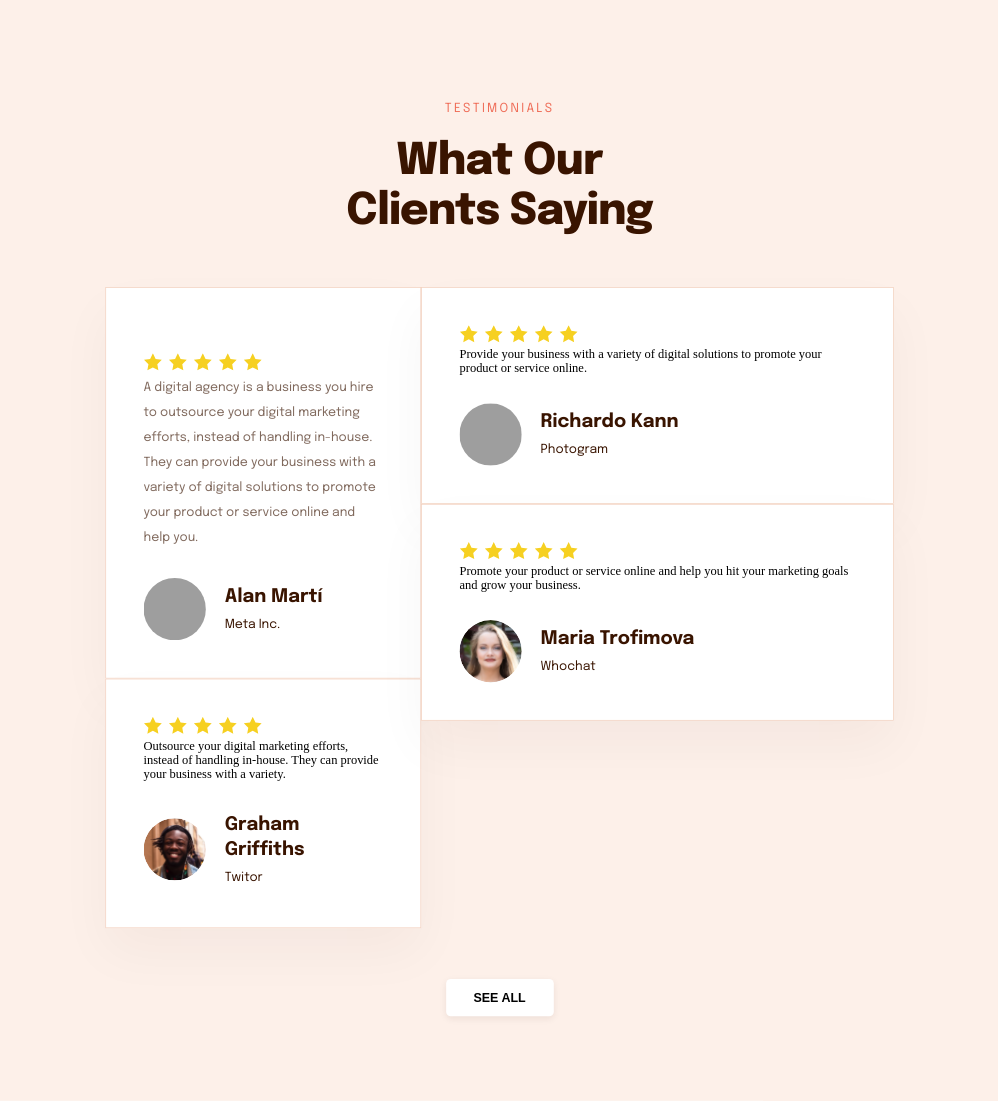
Repository: NatiqSamiyev/image-task
Page: aboutPage/index.html
An editor plug-in stored every save of this project. The page is shown before and after the next save, followed by the edit.
The browser window is 1280 px wide. The pictures show the whole page, at 78% of full size.
Pictures or frames that could not be fetched are drawn as grey boxes.

Above is the page before, as saved 2023-08-28 15:27:02.

### aboutPage/index.html
<!DOCTYPE html>
<html lang="en">
  <head>
    <meta charset="UTF-8" />
    <meta name="viewport" content="width=device-width, initial-scale=1.0" />
    <title>Document</title>
    <link rel="stylesheet" href="./index.css" />
  </head>
  <body>
    <div class="about-page-container">
      <div class="text-box">
        <h1>Testimonials</h1>

        <h2>What Our Clients Saying</h2>
      </div>

      <div class="image-box">
        <div class="left">
          <div class="box">
            <div class="top-box">
              <img src="../image/star (1).svg" alt="" />
              <p>
                A digital agency is a business you hire to outsource your
                digital marketing efforts, instead of handling in-house. They
                can provide your business with a variety of digital solutions to
                promote your product or service online and help you.
              </p>
            </div>
            <div class="bottom-box">
              <img src="../image/Oval.svg" alt="" />
              <div class="user-info">
                <h3>Alan Martí</h3>
                <p>Meta Inc.</p>
              </div>
            </div>
          </div>

          <div class="box">
            <div>
              <img src="../image/star (1).svg" alt="" />
              <p>
                Outsource your digital marketing efforts, instead of handling
                in-house. They can provide your business with a variety.
              </p>
            </div>
            <div class="bottom-box">
              <img src="../image/Oval (1).svg" alt="" />
              <div class="user-info">
                <h3>Graham Griffiths</h3>
                <p>Twitor</p>
              </div>
            </div>
          </div>
        </div>

        <div class="right">
          <div class="box">
            <div>
              <img src="../image/star (1).svg" alt="" />
              <p>
                Provide your business with a variety of digital solutions to
                promote your product or service online.
              </p>
            </div>
            <div class="bottom-box">
              <img src="../image/Oval.svg" alt="" />
              <div class="user-info">
                <h3>Richardo Kann</h3>
                <p>Photogram</p>
              </div>
            </div>
          </div>

          <div class="box">
            <div>
              <img src="../image/star (1).svg" alt="" />
              <p>
                Promote your product or service online and help you hit your
                marketing goals and grow your business.
              </p>
            </div>
            <div class="bottom-box">
              <img src="../image/Oval (3).svg" alt="" />
              <div class="user-info">
                <h3>Maria Trofimova</h3>
                <p>Whochat</p>
              </div>
            </div>
          </div>
        </div>
      </div>

      <div class="bottom">
        <button>SEE ALL</button>
      </div>
    </div>
  </body>
</html>

### aboutPage/index.css
@import url("https://fonts.googleapis.com/css2?family=Epilogue:wght@400;700;800&family=Roboto+Slab:wght@700&family=Roboto:wght@400;700&display=swap");
* {
  margin: 0;
  padding: 0;
  box-sizing: border-box;
}

.about-page-container {
  width: 100%;
  padding: 124px 134px 108px 135px;
  background-color: #fdf0e9;
  min-height: 100vh;
}

.about-page-container .text-box h1 {
  margin-bottom: 20px;
  color: var(--text-dark-accent, #ef6d58);
  text-align: center;
  font-feature-settings: "clig" off, "liga" off;
  font-family: Epilogue;
  font-size: 16px;
  font-style: normal;
  font-weight: 400;
  line-height: 32px;
  letter-spacing: 3px;
  text-transform: uppercase;
}

.about-page-container .text-box h2 {
  width: 394px;
  margin: auto;
  color: var(--text-dark, #391400);
  text-align: center;
  font-feature-settings: "clig" off, "liga" off;
  font-family: Epilogue;
  font-size: 56px;
  font-style: normal;
  font-weight: 800;
  line-height: 64px;
  letter-spacing: -1px;
}

.about-page-container .image-box {
  display: flex;
  margin-top: 64px;
}

.about-page-container .image-box .left {
  width: 50%;
}

.about-page-container .bottom {
  margin-top: 65px;
  text-align: center;
}

.about-page-container .bottom button {
  width: 138px;
  height: 48px;
  border-radius: 6px;
  background: #fff;
  box-shadow: 0px 3px 9px 0px rgba(57, 20, 0, 0.08);
  border: 0px solid #f3d1bf;
  font-size: 16px;
  font-weight: 800;
  line-height: 32px;
}

.image-box .box {
  padding: 48px;
  border: 1px solid #f3d1bf;
  background: #fff;
  box-shadow: 0px 32px 64px 0px rgba(57, 20, 0, 0.04);
}
.image-box .box .top-box{
  margin-top: 36px;
}
.image-box .box .top-box img {
  width: 152px;
  height: 24px;
}

.image-box .box .top-box p{

  color: var(--text-dark-gray, rgba(57, 20, 0, 0.64));
  font-feature-settings: "clig" off, "liga" off;
  font-family: Epilogue;
  font-size: 16px;
  font-style: normal;
  font-weight: 400;
  line-height: 32px;
}
.image-box .box ul{
  margin-top: 31px;
  display: flex;
  align-items: center;
}
.image-box .box ul li{
  list-style-type: none;
}
.image-box .box .bottom-box{
  display: flex;
  align-items: center;
  margin-top: 36px;
}
.image-box .box .bottom-box .user-info h3{
  margin-top: 5px;
  color: var(--text-dark, #391400);
  font-feature-settings: "clig" off, "liga" off;
  font-family: Epilogue;
  font-size: 24px;
  font-style: normal;
  font-weight: 700;
  line-height: 32px;
}
.image-box .box .bottom-box .user-info p{
  margin-top: 3px;
  color: var(--text-dark, #391400);
  font-feature-settings: "clig" off, "liga" off;
  font-family: Epilogue;
  font-size: 16px;
  font-style: normal;
  font-weight: 400;
  line-height: 32px;
}
.image-box .box .bottom-box img{
  width: 80px;
  height: 80px;
  border-radius: 80px;
  margin-right: 24px;
}

After the next save:
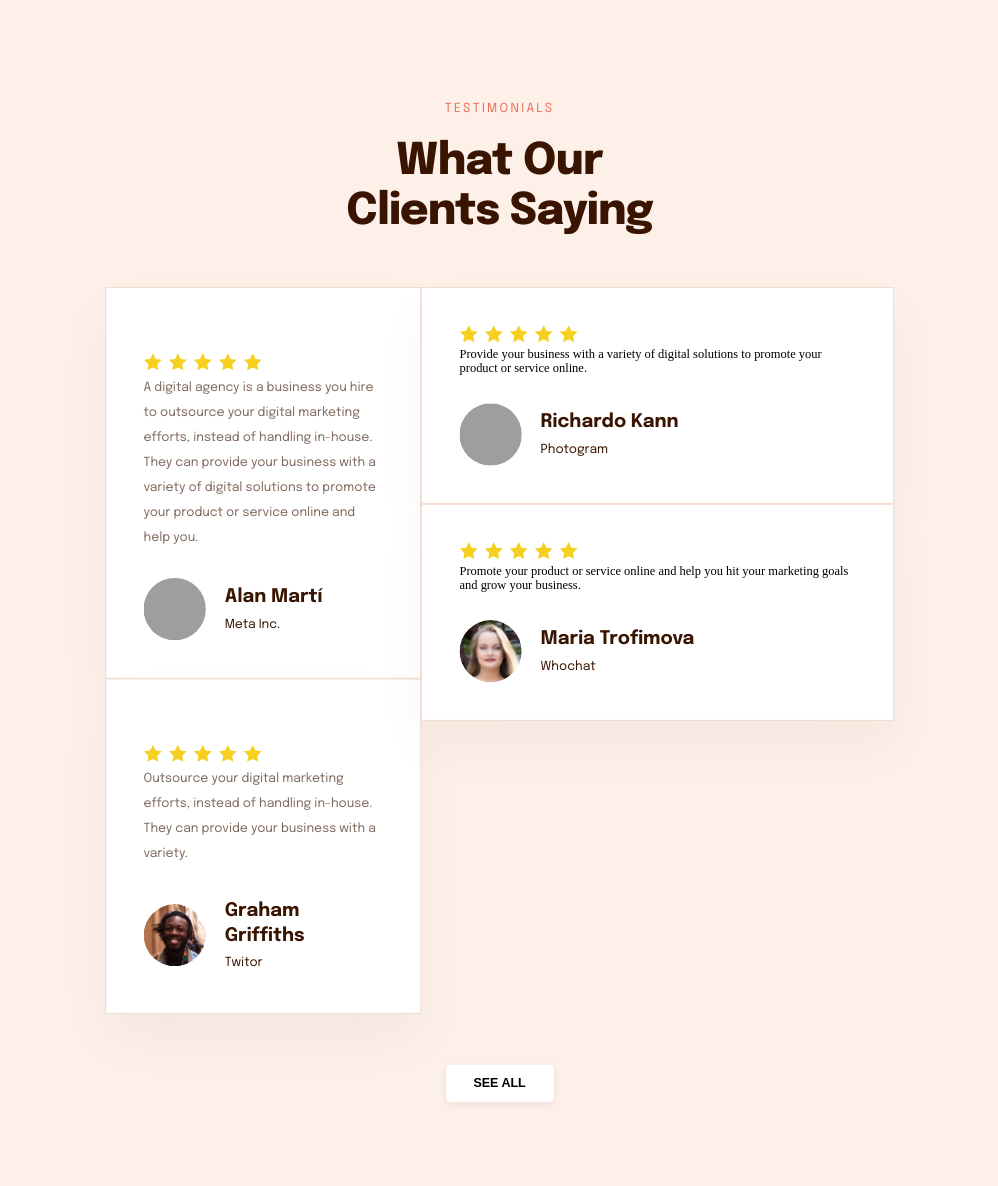
Saved 26 s later.
--- a/aboutPage/index.html
+++ b/aboutPage/index.html
@@ -36,7 +36,7 @@
           </div>
 
           <div class="box">
-            <div>
+            <div class="top-box">
               <img src="../image/star (1).svg" alt="" />
               <p>
                 Outsource your digital marketing efforts, instead of handling
